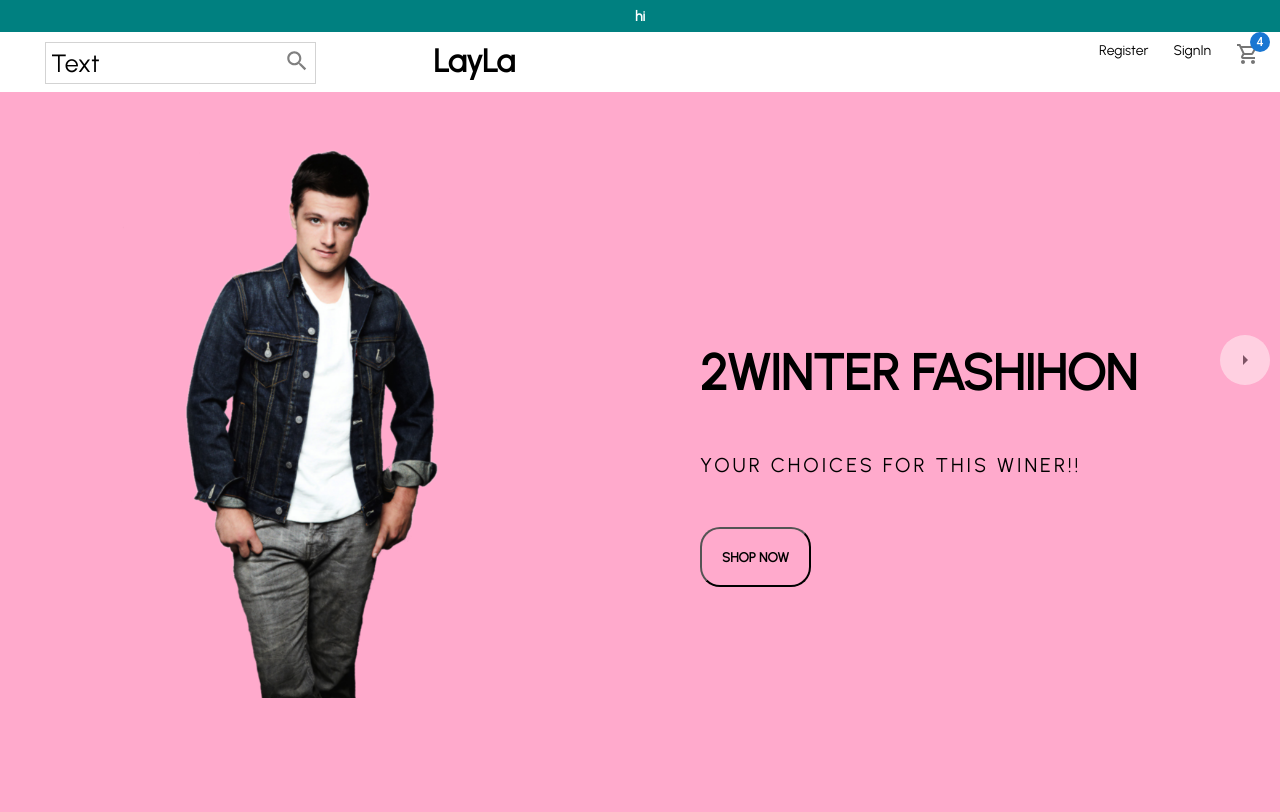
Repository: WaiMaungMaung/React_Ecom
Page: /
These files come from the project's save history. The page is drawn as it stood at one moment and after the next save; the edit follows.
The browser window is 1280 px wide. The pictures show the whole page.
The project was rebuilt for these pictures with package versions that can differ from the ones it lists, and the page was loaded fresh each time.

Above is the page before, as saved 2022-05-06 15:40:27.

After the next save:
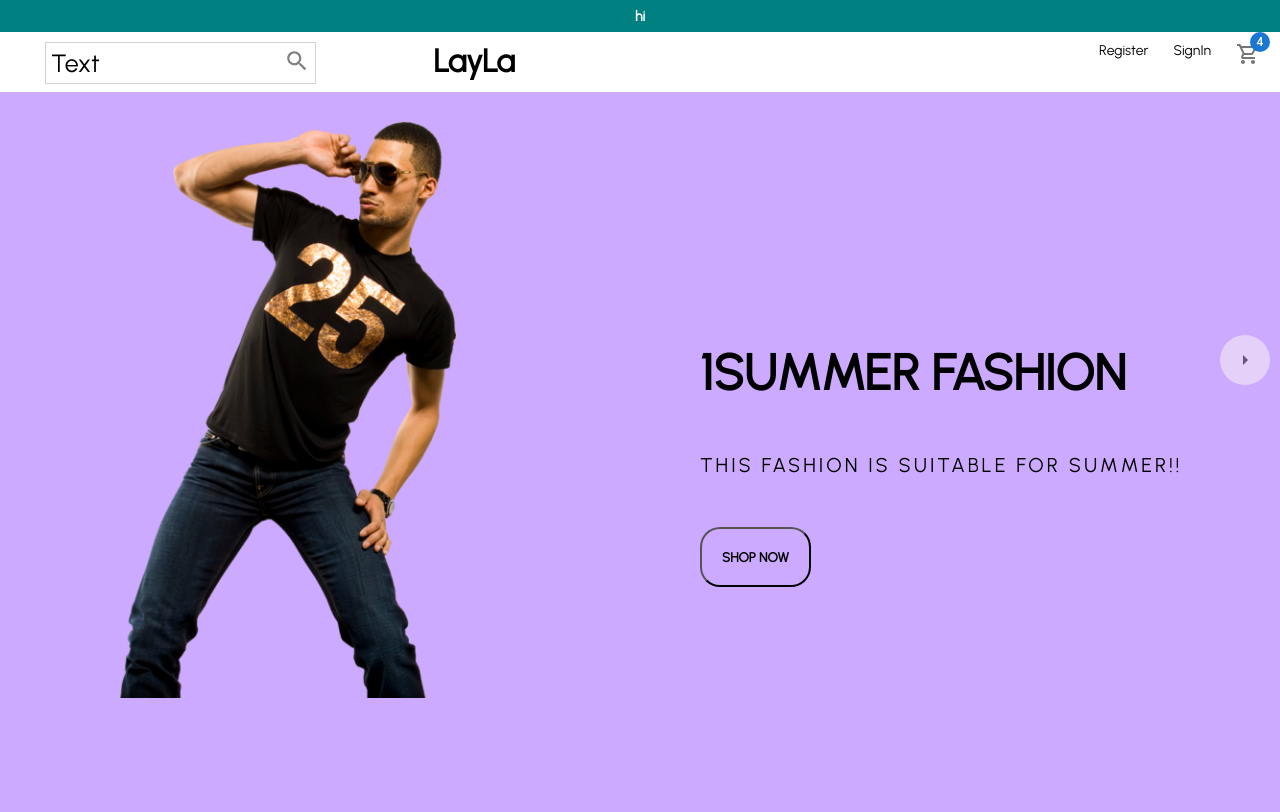
Saved 36 s later.
--- a/src/components/Slider.jsx
+++ b/src/components/Slider.jsx
@@ -45,7 +45,7 @@ const ImgContainer = styled.div`
 const Wrapper = styled.div`
   height: 100%;
   display: flex;
-  transform: translateX(-100vw);
+  transform: translateX(0vw);
 `;
 const InfoContainer = styled.div`
   flex: 1;
